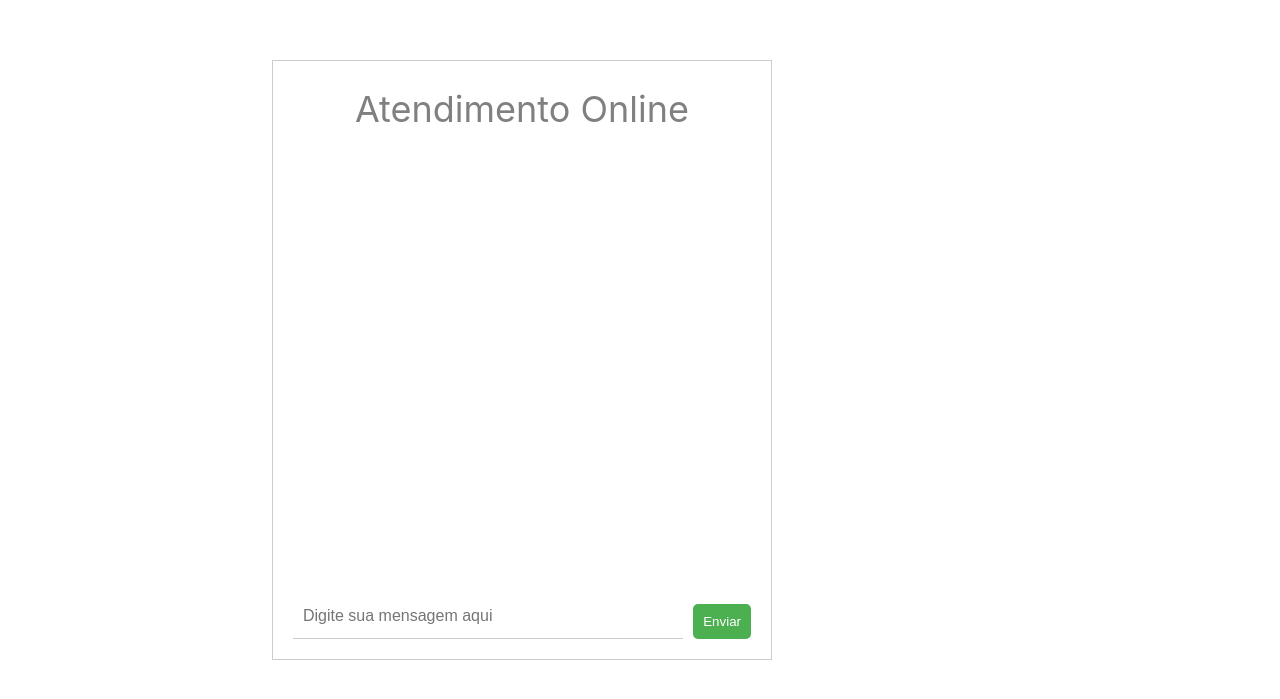
Repository: GabrielGuinzani/vueChat
Page: /
These files come from the project's save history. The page is drawn as it stood at one moment and after the next save; the edit follows.
The browser window is 1280 px wide. The pictures show the whole page.
Some web libraries are served in a nearby version. The project was rebuilt for these pictures with package versions that can differ from the ones it lists, and the page was loaded fresh each time. Also part of the build but not shown: vite.config.js.

Above is the page before, as saved 2023-04-18 21:25:19.

After the next save:
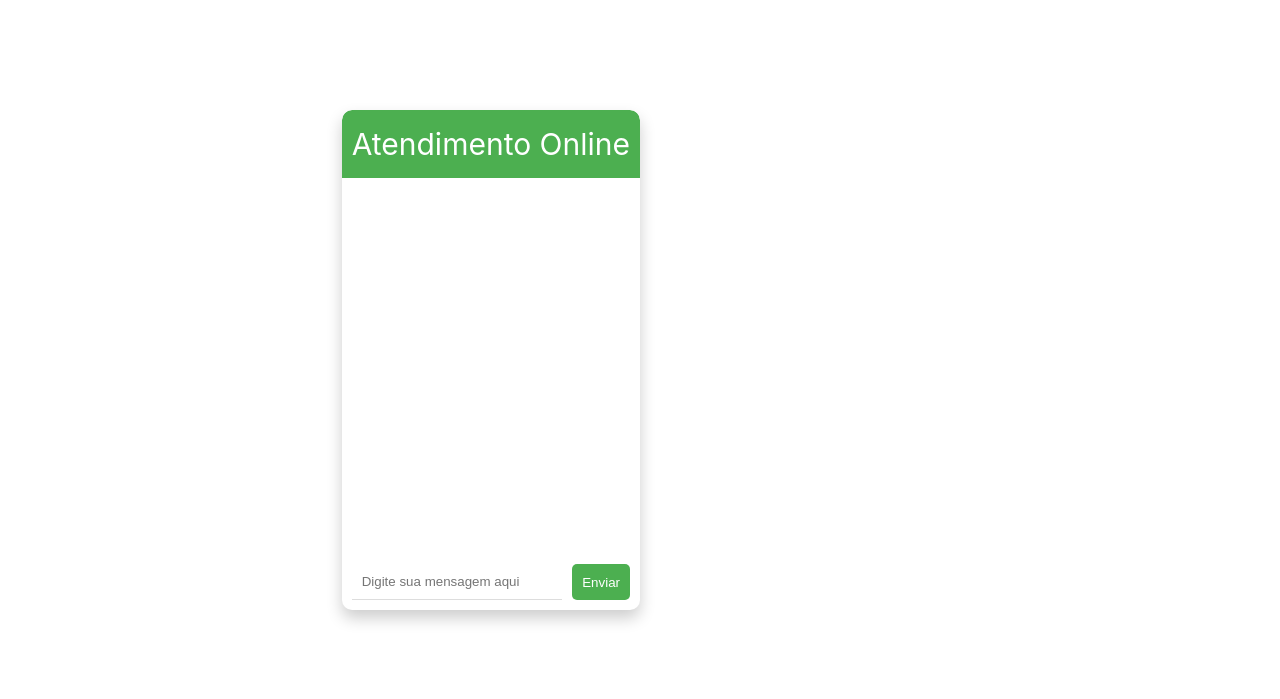
Saved 2 min 9 s later.
--- a/src/App.vue
+++ b/src/App.vue
@@ -100,7 +100,7 @@ export default {
   }
 }
 </script>
-
+<!--
 <style>
 body {
   display: flex;
@@ -193,4 +193,85 @@ body {
     justify-content: center;
     margin-top: 20px;
   }
+</style> -->
+
+<style>
+  #chat-screen {
+    margin: auto;
+    max-width: 500px;
+    height: 500px;
+    background-color: #fff;
+    border-radius: 10px;
+    box-shadow: 0 8px 16px 0 rgba(0,0,0,0.2);
+    overflow: hidden;
+    display: flex;
+    flex-direction: column;
+    justify-content: space-between;
+  }
+
+  .titulo {
+    background-color: #4CAF50;
+    color: #fff;
+    font-size: 20px;
+    text-align: center;
+    padding: 10px;
+    border-top-left-radius: 10px;
+    border-top-right-radius: 10px;
+  }
+
+  .messages-list {
+    padding: 10px;
+    overflow-y: scroll;
+    flex-grow: 1;
+  }
+
+  .message-item {
+    display: flex;
+    flex-direction: row;
+    margin: 5px 0;
+  }
+
+  .message-item2 {
+    display: flex;
+    flex-direction: row-reverse;
+    margin: 5px 0;
+  }
+
+  .msg-user {
+    font-weight: bold;
+    margin-right: 5px;
+    color: gray;
+  }
+
+  .msg-chat {
+    border-radius: 5px;
+    padding: 10px;
+    background-color: #eee;
+    color: gray;
+    max-width: 70%;
+    word-wrap: break-word;
+  }
+
+  #form-chat-send {
+    display: flex;
+    flex-direction: row;
+    padding: 10px;
+  }
+
+  .typebar {
+    flex-grow: 1;
+    padding: 10px;
+    border: none;
+    border-bottom: 1px solid #ddd;
+  }
+
+  .botao {
+    background-color: #4CAF50;
+    color: #fff;
+    border: none;
+    border-radius: 5px;
+    padding: 10px;
+    cursor: pointer;
+    margin-left: 10px;
+  }
 </style>
